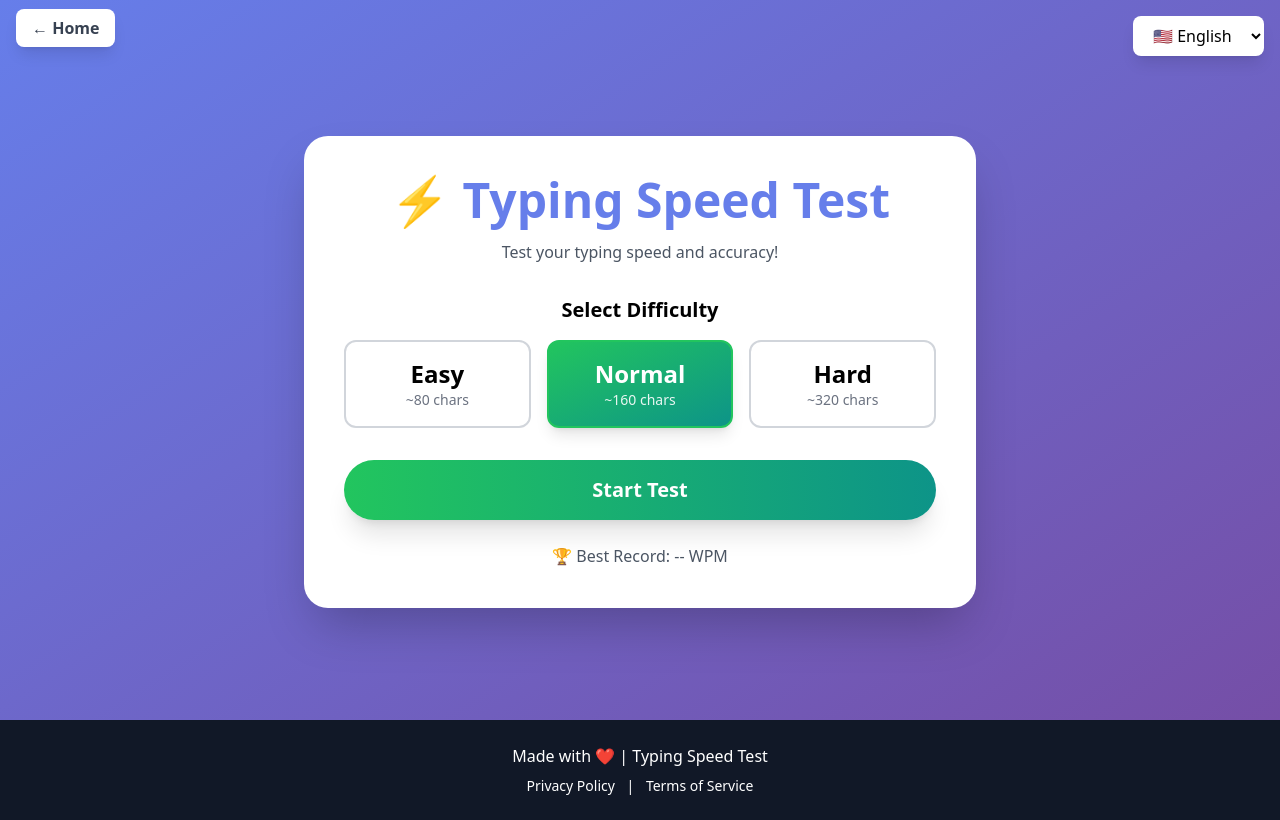
Repository: Lcmind/withjocoding
Page: typing-speed.html
These files come from the project's save history. The page is drawn as it stood at one moment and after the next save; the edit follows.
The browser window is 1280 px wide. The pictures show the whole page.
Some web libraries are served in a nearby version.

Above is the page before, as saved 2026-01-13 20:27:11.

### typing-speed.html
<!DOCTYPE html>
<html lang="en">
<head>
  <meta charset="UTF-8">
  <meta name="viewport" content="width=device-width, initial-scale=1.0">
  <meta name="description" content="Free Typing Speed Test! Measure your typing speed (WPM) and accuracy. Random texts every time!">
  <title>Typing Speed Test - Measure Your Typing Speed | WPM Test</title>

  <!-- Tailwind CSS -->
  <script src="https://cdn.tailwindcss.com"></script>
  <script>
    tailwind.config = {
      theme: {
        extend: {
          colors: {
            primary: '#667eea',
            secondary: '#764ba2',
          }
        }
      }
    }
  </script>

  <!-- Google AdSense -->
  <script async src="https://pagead2.googlesyndication.com/pagead/js/adsbygoogle.js?client=ca-pub-1247545232353663"
     crossorigin="anonymous"></script>
</head>
<body class="min-h-screen bg-gradient-to-br from-primary to-secondary overflow-x-hidden">

  <!-- 언어 선택 -->
  <div class="fixed top-4 right-4 z-50">
    <select id="language-selector" class="px-4 py-2 rounded-lg bg-white shadow-lg cursor-pointer">
      <option value="ko">🇰🇷 한국어</option>
      <option value="en">🇺🇸 English</option>
    </select>
  </div>

  <!-- 홈으로 돌아가기 -->
  <div class="fixed top-4 left-4 z-50">
    <a href="index.html" class="px-4 py-2 bg-white rounded-lg shadow-lg hover:shadow-xl transition-all text-gray-700 font-bold">
      ← <span data-i18n="backHome">Home</span>
    </a>
  </div>

  <!-- 시작 화면 -->
  <div id="start-screen" class="screen active min-h-screen flex flex-col items-center justify-center p-4">
    <!-- 상단 광고 -->
    <div class="mb-6 flex justify-center">
      <ins class="adsbygoogle block"
           style="display:block; max-height:90px;"
           data-ad-format="horizontal"
           data-ad-client="ca-pub-1247545232353663"
           data-full-width-responsive="true"></ins>
    </div>

    <div class="max-w-2xl w-full bg-white rounded-3xl shadow-2xl p-6 md:p-10">
      <h1 class="text-4xl md:text-5xl font-bold text-center text-primary mb-4">
        ⚡ <span data-i18n="title">Typing Speed Test</span>
      </h1>
      <p class="text-center text-gray-600 mb-8" data-i18n="subtitle">Test your typing speed and accuracy!</p>

      <!-- 난이도 선택 (글자수 기준) -->
      <div class="mb-8">
        <h3 class="text-xl font-bold text-center mb-4">Select Difficulty</h3>
        <div class="grid grid-cols-3 gap-4">
          <button class="difficulty-btn border-2 border-gray-300 rounded-xl p-4 hover:border-green-500 hover:shadow-lg transition-all" data-chars="80">
            <div class="font-bold text-2xl">Easy</div>
            <div class="text-sm text-gray-500">~80 chars</div>
          </button>
          <button class="difficulty-btn active border-2 border-green-500 bg-gradient-to-br from-green-500 to-teal-600 text-white rounded-xl p-4 shadow-lg" data-chars="160">
            <div class="font-bold text-2xl">Normal</div>
            <div class="text-sm opacity-90">~160 chars</div>
          </button>
          <button class="difficulty-btn border-2 border-gray-300 rounded-xl p-4 hover:border-green-500 hover:shadow-lg transition-all" data-chars="320">
            <div class="font-bold text-2xl">Hard</div>
            <div class="text-sm text-gray-500">~320 chars</div>
          </button>
        </div>
      </div>

      <button id="start-btn" class="w-full bg-gradient-to-r from-green-500 to-teal-600 text-white font-bold text-xl py-4 rounded-full shadow-xl hover:shadow-2xl hover:-translate-y-1 transition-all">
        <span data-i18n="startTest">Start Test</span>
      </button>

      <div class="mt-6 text-center text-gray-600">
        <p>🏆 <span data-i18n="bestRecord">Best Record</span>: <span id="best-record">-- WPM</span></p>
      </div>
    </div>
  </div>

  <!-- 게임 화면 -->
  <div id="game-screen" class="screen hidden min-h-screen flex flex-col items-center justify-center p-4">
    <div class="max-w-3xl w-full bg-white rounded-3xl shadow-2xl p-6 md:p-10">
      <!-- 타이머 -->
      <div class="text-center mb-6">
        <div class="text-5xl font-bold text-green-600" id="timer-display">60</div>
        <div class="text-gray-500" data-i18n="secondsLeft">seconds left</div>
      </div>

      <!-- 텍스트 표시 -->
      <div id="text-display" class="text-2xl leading-relaxed mb-6 p-6 bg-gray-50 rounded-2xl min-h-[200px] font-mono">
        <!-- 텍스트가 여기에 표시됩니다 -->
      </div>

      <!-- 입력 필드 -->
      <input type="text" id="typing-input" class="w-full text-2xl p-4 border-4 border-green-500 rounded-xl focus:outline-none focus:border-teal-600 font-mono" placeholder="Start typing..." autocomplete="off" disabled>

      <!-- 통계 -->
      <div class="grid grid-cols-2 gap-4 mt-6">
        <div class="bg-green-50 rounded-xl p-4 text-center">
          <div class="text-gray-600 text-sm" data-i18n="wpm">WPM</div>
          <div id="wpm-display" class="text-3xl font-bold text-green-600">0</div>
        </div>
        <div class="bg-teal-50 rounded-xl p-4 text-center">
          <div class="text-gray-600 text-sm" data-i18n="accuracy">Accuracy</div>
          <div id="accuracy-display" class="text-3xl font-bold text-teal-600">100%</div>
        </div>
      </div>
    </div>
  </div>

  <!-- 결과 화면 -->
  <div id="result-screen" class="screen hidden min-h-screen flex flex-col items-center justify-center p-4">
    <div class="max-w-2xl w-full bg-white rounded-3xl shadow-2xl p-6 md:p-10">
      <h1 class="text-4xl font-bold text-center text-green-600 mb-8">
        🎉 <span data-i18n="complete">Complete!</span>
      </h1>

      <div class="bg-gradient-to-br from-green-500 to-teal-600 text-white rounded-2xl p-8 mb-6">
        <div class="text-center mb-6">
          <div class="text-lg opacity-90 mb-2" data-i18n="yourSpeed">Your Typing Speed</div>
          <div id="final-wpm" class="text-6xl font-bold">0</div>
          <div class="text-2xl mt-2">WPM</div>
        </div>

        <div class="grid grid-cols-2 gap-4">
          <div class="bg-white/20 rounded-xl p-4 text-center">
            <div class="text-sm opacity-90" data-i18n="accuracy">Accuracy</div>
            <div id="final-accuracy" class="text-2xl font-bold">100%</div>
          </div>
          <div class="bg-white/20 rounded-xl p-4 text-center">
            <div class="text-sm opacity-90" data-i18n="cpm">CPM</div>
            <div id="final-cpm" class="text-2xl font-bold">0</div>
          </div>
        </div>
      </div>

      <div class="flex gap-4">
        <button id="retry-btn" class="flex-1 bg-gradient-to-r from-green-500 to-teal-600 text-white font-bold text-xl py-4 rounded-full shadow-xl hover:shadow-2xl hover:-translate-y-1 transition-all">
          <span data-i18n="tryAgain">Try Again</span>
        </button>
        <button id="home-btn" class="flex-1 bg-white text-green-600 border-2 border-green-600 font-bold text-xl py-4 rounded-full hover:bg-green-600 hover:text-white transition-all">
          <span data-i18n="backHome">Home</span>
        </button>
      </div>
    </div>

    <!-- 하단 광고 -->
    <div class="mt-6 flex justify-center">
      <ins class="adsbygoogle block"
           style="display:block; min-height:250px;"
           data-ad-format="autorelaxed"
           data-ad-client="ca-pub-1247545232353663"
           data-full-width-responsive="true"></ins>
    </div>
  </div>

  <!-- Footer -->
  <footer class="w-full py-6 text-center text-white bg-gray-900">
    <p class="mb-2">Made with ❤️ | Typing Speed Test</p>
    <p class="text-sm">
      <a href="privacy.html" class="text-white hover:underline mx-2" data-i18n="privacyPolicy">Privacy Policy</a> |
      <a href="terms.html" class="text-white hover:underline mx-2" data-i18n="termsOfService">Terms of Service</a>
    </p>
  </footer>

  <!-- AdSense 초기화 -->
  <script>
    (adsbygoogle = window.adsbygoogle || []).push({});
  </script>

  <script>
    // 번역
    const translations = {
      ko: {
        title: '타이핑 속도 테스트',
        subtitle: '타이핑 속도와 정확도를 측정하세요!',
        selectDuration: '시간 선택',
        seconds: '초',
        startTest: '테스트 시작',
        bestRecord: '최고 기록',
        secondsLeft: '초 남음',
        wpm: '분당 타수',
        accuracy: '정확도',
        complete: '완료!',
        yourSpeed: '타이핑 속도',
        cpm: '분당 글자수',
        tryAgain: '다시 하기',
        backHome: '홈으로',
        privacyPolicy: '개인정보처리방침',
        termsOfService: '이용약관'
      },
      en: {
        title: 'Typing Speed Test',
        subtitle: 'Test your typing speed and accuracy!',
        selectDuration: 'Select Duration',
        seconds: 'seconds',
        startTest: 'Start Test',
        bestRecord: 'Best Record',
        secondsLeft: 'seconds left',
        wpm: 'WPM',
        accuracy: 'Accuracy',
        complete: 'Complete!',
        yourSpeed: 'Your Typing Speed',
        cpm: 'CPM',
        tryAgain: 'Try Again',
        backHome: 'Home',
        privacyPolicy: 'Privacy Policy',
        termsOfService: 'Terms of Service'
      }
    };

    // 랜덤 텍스트 (언어별)
    const textPool = {
      ko: [
        '빠른 갈색 여우가 게으른 개를 뛰어넘습니다. 연습은 완벽을 만듭니다. 꾸준함이 중요합니다.',
        '프로그래밍은 문제를 해결하는 예술입니다. 코드는 생각을 표현하는 언어입니다.',
        '인생은 자전거를 타는 것과 같습니다. 균형을 유지하려면 계속 움직여야 합니다.',
        '성공의 비결은 시작하는 것입니다. 완벽할 때까지 기다리지 마세요.',
        '오늘의 나는 어제의 나보다 나아져야 합니다. 작은 진보라도 진보입니다.',
        '독서는 마음의 양식입니다. 책은 우리를 새로운 세계로 안내합니다.',
        '음악은 영혼의 언어입니다. 음악을 통해 우리는 하나가 됩니다.',
        '여행은 새로운 경험을 쌓는 최고의 방법입니다. 세상은 넓고 아름답습니다.'
      ],
      en: [
        'The quick brown fox jumps over the lazy dog. Practice makes perfect. Consistency is key to improvement.',
        'Programming is the art of solving problems. Code is the language of thoughts and ideas.',
        'Life is like riding a bicycle. To keep your balance you must keep moving forward.',
        'The secret of getting ahead is getting started. Do not wait until everything is perfect.',
        'Be better today than you were yesterday. Small progress is still progress and matters.',
        'Reading is food for the mind. Books transport us to new worlds and perspectives.',
        'Music is the language of the soul. Through music we connect and become one.',
        'Travel is the best way to gain new experiences. The world is vast and beautiful.'
      ]
    };

    let currentLang = localStorage.getItem('preferredLanguage') || 'en';
    const languageSelector = document.getElementById('language-selector');
    languageSelector.value = currentLang;

    function t(key) {
      return translations[currentLang][key] || key;
    }

    function updateLanguage() {
      document.querySelectorAll('[data-i18n]').forEach(el => {
        const key = el.getAttribute('data-i18n');
        el.textContent = t(key);
      });
    }

    languageSelector.addEventListener('change', (e) => {
      currentLang = e.target.value;
      localStorage.setItem('preferredLanguage', currentLang);
      updateLanguage();
    });

    updateLanguage();

    // 게임 변수 (문자수 기반)
    let targetChars = 160; // default normal
    let elapsedInterval = null;
    let targetText = '';
    let typedText = '';
    let correctChars = 0;
    let totalChars = 0;
    let startTime = 0;
    let endTime = 0;

    // 버튼 이벤트 (난이도: 문자수 기준)
    document.querySelectorAll('.difficulty-btn').forEach(btn => {
      btn.addEventListener('click', () => {
        document.querySelectorAll('.difficulty-btn').forEach(b => {
          b.classList.remove('active', 'border-green-500', 'bg-gradient-to-br', 'from-green-500', 'to-teal-600', 'text-white', 'shadow-lg');
          b.classList.add('border-gray-300');
        });
        btn.classList.remove('border-gray-300');
        btn.classList.add('active', 'border-green-500', 'bg-gradient-to-br', 'from-green-500', 'to-teal-600', 'text-white', 'shadow-lg');
        targetChars = parseInt(btn.dataset.chars);
        loadBestRecord();
      });
    });

    document.getElementById('start-btn').addEventListener('click', startGame);
    document.getElementById('retry-btn').addEventListener('click', () => {
      hideScreen(document.getElementById('result-screen'));
      showScreen(document.getElementById('start-screen'));
    });
    document.getElementById('home-btn').addEventListener('click', () => {
      window.location.href = 'index.html';
    });

    function startGame() {
      hideScreen(document.getElementById('start-screen'));
      showScreen(document.getElementById('game-screen'));

      initGame();
    }

    function initGame() {
      // 텍스트를 targetChars 이상으로 조합
      const texts = textPool[currentLang];
      targetText = '';
      while (targetText.length < targetChars) {
        const piece = texts[Math.floor(Math.random() * texts.length)];
        if (targetText.length > 0) targetText += ' ';
        targetText += piece;
      }

      typedText = '';
      correctChars = 0;
      totalChars = 0;

      // 텍스트 표시
      renderText();

      // 초기 문자 카운트 표시
      document.getElementById('timer-display').textContent = targetText.length - typedText.length;
      document.getElementById('typing-input').value = '';
      document.getElementById('typing-input').disabled = false;
      document.getElementById('typing-input').focus();

      // 시작 시간
      startTime = Date.now();
      if (elapsedInterval) clearInterval(elapsedInterval);
      elapsedInterval = setInterval(() => {
        // reserved for optional live updates
      }, 500);

      // 입력 이벤트
      const input = document.getElementById('typing-input');
      input.addEventListener('input', handleTyping);
    }

    function renderText() {
      const display = document.getElementById('text-display');
      display.innerHTML = '';

      for (let i = 0; i < targetText.length; i++) {
        const span = document.createElement('span');
        span.textContent = targetText[i];
        span.className = 'text-gray-400';

        if (i < typedText.length) {
          if (typedText[i] === targetText[i]) {
            span.className = 'text-green-600';
          } else {
            span.className = 'text-red-600 bg-red-100';
          }
        } else if (i === typedText.length) {
          span.className = 'text-gray-800 bg-yellow-200';
        }

        display.appendChild(span);
      }
    }

    function handleTyping(e) {
      typedText = e.target.value;
      totalChars = typedText.length;

      // 정확한 글자 수 계산
      correctChars = 0;
      for (let i = 0; i < typedText.length && i < targetText.length; i++) {
        if (typedText[i] === targetText[i]) {
          correctChars++;
        }
      }

      renderText();
      updateStats();

      // 완료 체크
      const left = Math.max(targetText.length - typedText.length, 0);
      document.getElementById('timer-display').textContent = left;
      if (typedText.length >= targetText.length) {
        // Trim any extra characters and finalize
        typedText = typedText.slice(0, targetText.length);
        endGame();
      }
    }

    function updateStats() {
      const elapsedMin = Math.max((Date.now() - startTime) / 60000, 1/60000);
      const wpm = Math.round((correctChars / 5) / elapsedMin);
      const cpm = Math.round(correctChars / elapsedMin);
      const accuracy = totalChars > 0 ? Math.round((correctChars / totalChars) * 100) : 100;

      document.getElementById('wpm-display').textContent = wpm;
      document.getElementById('accuracy-display').textContent = accuracy + '%';
    }

    function endGame() {
      clearInterval(elapsedInterval);
      document.getElementById('typing-input').disabled = true;

      endTime = Date.now();
      const elapsedMin = Math.max((endTime - startTime) / 60000, 1/60000);
      const wpm = Math.round((correctChars / 5) / elapsedMin);
      const cpm = Math.round(correctChars / elapsedMin);
      const accuracy = totalChars > 0 ? Math.round((correctChars / totalChars) * 100) : 100;

      document.getElementById('final-wpm').textContent = wpm;
      document.getElementById('final-cpm').textContent = cpm;
      document.getElementById('final-accuracy').textContent = accuracy + '%';

      // 최고 기록 저장 (difficulty by char count)
      const key = `typingBest_${targetChars}`;
      const best = localStorage.getItem(key);
      if (!best || wpm > parseInt(best)) {
        localStorage.setItem(key, wpm);
      }

      hideScreen(document.getElementById('game-screen'));
      showScreen(document.getElementById('result-screen'));
    }

    function showScreen(screen) {
      screen.classList.remove('hidden');
      screen.classList.add('active');
    }

    function hideScreen(screen) {
      screen.classList.add('hidden');
      screen.classList.remove('active');
    }

    function loadBestRecord() {
      const key = `typingBest_${targetChars}`;
      const best = localStorage.getItem(key);
      document.getElementById('best-record').textContent = best ? `${best} WPM` : '-- WPM';
    }

    loadBestRecord();
  </script>
</body>
</html>

After the next save:
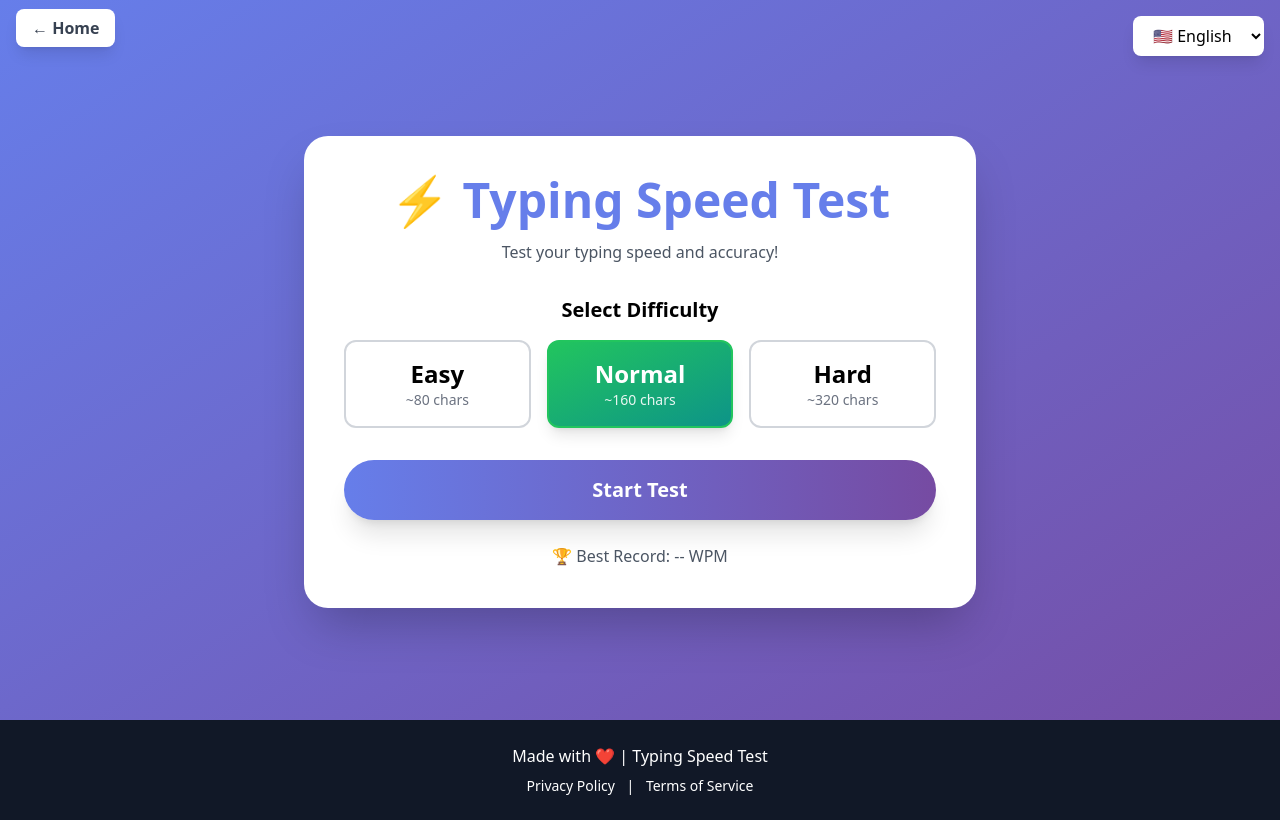
Saved 104 s later.
--- a/typing-speed.html
+++ b/typing-speed.html
@@ -78,7 +78,7 @@
         </div>
       </div>
 
-      <button id="start-btn" class="w-full bg-gradient-to-r from-green-500 to-teal-600 text-white font-bold text-xl py-4 rounded-full shadow-xl hover:shadow-2xl hover:-translate-y-1 transition-all">
+      <button id="start-btn" class="w-full bg-gradient-to-r from-primary to-secondary text-white font-bold text-xl py-4 rounded-full shadow-xl hover:shadow-2xl hover:-translate-y-1 transition-all">
         <span data-i18n="startTest">Start Test</span>
       </button>
 
@@ -93,7 +93,7 @@
     <div class="max-w-3xl w-full bg-white rounded-3xl shadow-2xl p-6 md:p-10">
       <!-- 타이머 -->
       <div class="text-center mb-6">
-        <div class="text-5xl font-bold text-green-600" id="timer-display">60</div>
+        <div class="text-5xl font-bold text-primary" id="timer-display">60</div>
         <div class="text-gray-500" data-i18n="secondsLeft">seconds left</div>
       </div>
 
@@ -103,17 +103,17 @@
       </div>
 
       <!-- 입력 필드 -->
-      <input type="text" id="typing-input" class="w-full text-2xl p-4 border-4 border-green-500 rounded-xl focus:outline-none focus:border-teal-600 font-mono" placeholder="Start typing..." autocomplete="off" disabled>
+      <input type="text" id="typing-input" class="w-full text-2xl p-4 border-4 border-primary rounded-xl focus:outline-none focus:border-secondary font-mono" placeholder="Start typing..." autocomplete="off" disabled>
 
       <!-- 통계 -->
       <div class="grid grid-cols-2 gap-4 mt-6">
         <div class="bg-green-50 rounded-xl p-4 text-center">
           <div class="text-gray-600 text-sm" data-i18n="wpm">WPM</div>
-          <div id="wpm-display" class="text-3xl font-bold text-green-600">0</div>
+          <div id="wpm-display" class="text-3xl font-bold text-primary">0</div>
         </div>
-        <div class="bg-teal-50 rounded-xl p-4 text-center">
+        <div class="bg-secondary-50 rounded-xl p-4 text-center">
           <div class="text-gray-600 text-sm" data-i18n="accuracy">Accuracy</div>
-          <div id="accuracy-display" class="text-3xl font-bold text-teal-600">100%</div>
+          <div id="accuracy-display" class="text-3xl font-bold text-secondary">100%</div>
         </div>
       </div>
     </div>
@@ -122,11 +122,11 @@
   <!-- 결과 화면 -->
   <div id="result-screen" class="screen hidden min-h-screen flex flex-col items-center justify-center p-4">
     <div class="max-w-2xl w-full bg-white rounded-3xl shadow-2xl p-6 md:p-10">
-      <h1 class="text-4xl font-bold text-center text-green-600 mb-8">
+      <h1 class="text-4xl font-bold text-center text-primary mb-8">
         🎉 <span data-i18n="complete">Complete!</span>
       </h1>
 
-      <div class="bg-gradient-to-br from-green-500 to-teal-600 text-white rounded-2xl p-8 mb-6">
+      <div class="bg-gradient-to-br from-primary to-secondary text-white rounded-2xl p-8 mb-6">
         <div class="text-center mb-6">
           <div class="text-lg opacity-90 mb-2" data-i18n="yourSpeed">Your Typing Speed</div>
           <div id="final-wpm" class="text-6xl font-bold">0</div>
@@ -146,10 +146,10 @@
       </div>
 
       <div class="flex gap-4">
-        <button id="retry-btn" class="flex-1 bg-gradient-to-r from-green-500 to-teal-600 text-white font-bold text-xl py-4 rounded-full shadow-xl hover:shadow-2xl hover:-translate-y-1 transition-all">
+        <button id="retry-btn" class="flex-1 bg-gradient-to-r from-primary to-secondary text-white font-bold text-xl py-4 rounded-full shadow-xl hover:shadow-2xl hover:-translate-y-1 transition-all">
           <span data-i18n="tryAgain">Try Again</span>
         </button>
-        <button id="home-btn" class="flex-1 bg-white text-green-600 border-2 border-green-600 font-bold text-xl py-4 rounded-full hover:bg-green-600 hover:text-white transition-all">
+        <button id="home-btn" class="flex-1 bg-white text-primary border-2 border-primary font-bold text-xl py-4 rounded-full hover:bg-primary hover:text-white transition-all">
           <span data-i18n="backHome">Home</span>
         </button>
       </div>
